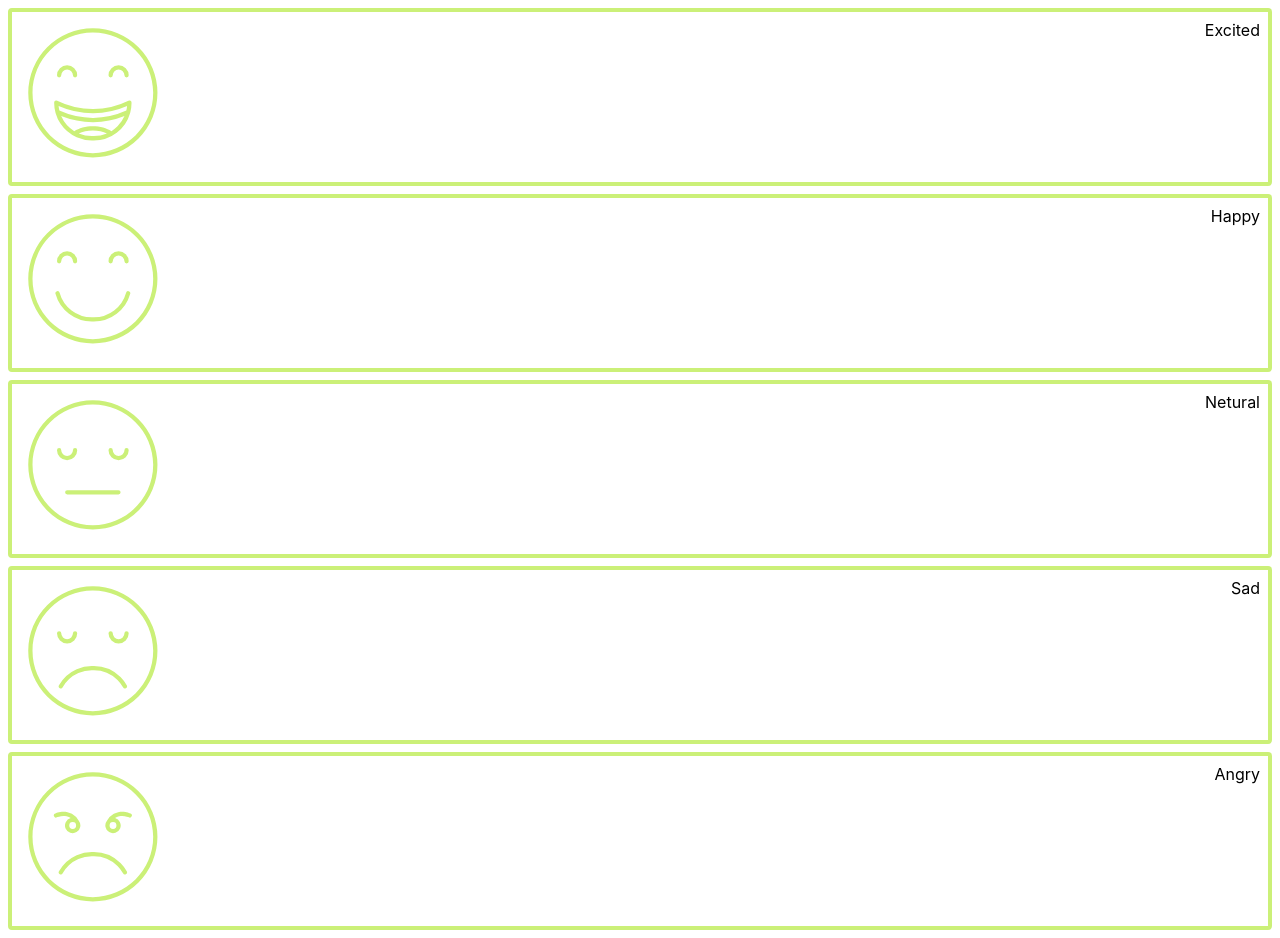
Repository: majakesin/moodify-app
Page: /
An editor plug-in stored every save of this project. The page is shown before and after the next save, followed by the edit.
The browser window is 1280 px wide. The pictures show the whole page.
The project was rebuilt for these pictures with package versions that can differ from the ones it lists, and the page was loaded fresh each time.

Above is the page before, as saved 2023-08-21 12:09:32.

### public/index.html
<!DOCTYPE html>
<html lang="en">
  <head>
    <meta charset="utf-8" />
    <link rel="icon" href="%PUBLIC_URL%/logo.svg" />
    <meta name="viewport" content="width=device-width, initial-scale=1" />
    <meta name="theme-color" content="#000000" />
    <meta
      name="description"
      content="Moodify -- App that gives yours ears the best music based on your mood"
    />
    <link rel="apple-touch-icon" href="%PUBLIC_URL%/logo.svg" />
    <!--
      manifest.json provides metadata used when your web app is installed on a
      user's mobile device or desktop. See https://developers.google.com/web/fundamentals/web-app-manifest/
    -->
    <link rel="manifest" href="%PUBLIC_URL%/manifest.json" />
    <!--
      Notice the use of %PUBLIC_URL% in the tags above.
      It will be replaced with the URL of the `public` folder during the build.
      Only files inside the `public` folder can be referenced from the HTML.

      Unlike "/favicon.ico" or "favicon.ico", "%PUBLIC_URL%/favicon.ico" will
      work correctly both with client-side routing and a non-root public URL.
      Learn how to configure a non-root public URL by running `npm run build`.
    -->
    <title>Moodify</title>
  </head>
  <body>
    <noscript>You need to enable JavaScript to run this app.</noscript>
    <div id="root"></div>
    <!--
      This HTML file is a template.
      If you open it directly in the browser, you will see an empty page.

      You can add webfonts, meta tags, or analytics to this file.
      The build step will place the bundled scripts into the <body> tag.

      To begin the development, run `npm start` or `yarn start`.
      To create a production bundle, use `npm run build` or `yarn build`.
    -->
  </body>
</html>

### src/App.js
import './App.css';
import {moods}  from 'src/data/moods'
import Mood from './components/Mood';

function App() {
  return (
    <div className="App">
      {moods.map(({type,icon}) => {
        return (<Mood type={type} icon={icon} />)
      })}
    </div>
  );
}

export default App;

### src/data/moods.js
export const moods = [
    {
        type: 'Excited',
        icon: <svg id="SvgjsSvg1081" xmlns="http://www.w3.org/2000/svg" version="1.1" xmlnsXlink="http://www.w3.org/1999/xlink" xmlnsSvgjs="http://svgjs.com/svgjs">
                <defs id="SvgjsDefs1082"></defs>
                <g id="SvgjsG1083">
                    <svg xmlns="http://www.w3.org/2000/svg" data-name="Layer 1" viewBox="0 0 1012 1012" width="288" height="288">
                        <path fill="currentcolor" d="M416.51318,95.48682A226.99992,226.99992,0,1,0,95.48682,416.51318,226.99992,226.99992,0,1,0,416.51318,95.48682ZM256,468C139.103,468,44,372.897,44,256S139.103,44,256,44s212,95.103,212,212S372.897,468,256,468ZM137.5,202a7.50006,7.50006,0,0,0,7.5-7.5,20.5,20.5,0,0,1,41,0,7.5,7.5,0,0,0,15,0,35.5,35.5,0,0,0-71,0A7.50006,7.50006,0,0,0,137.5,202Zm181,0a7.50006,7.50006,0,0,0,7.5-7.5,20.5,20.5,0,0,1,41,0,7.5,7.5,0,0,0,15,0,35.5,35.5,0,0,0-71,0A7.50006,7.50006,0,0,0,318.5,202Zm69.95947,82.13037a7.49875,7.49875,0,0,0-7.27832-.356A284.51645,284.51645,0,0,1,257.5,313h-1.48a284.55042,284.55042,0,0,1-125.2002-29.2251A7.4999,7.4999,0,0,0,120,290.5a132.31839,132.31839,0,0,0,79.15625,121.32324A131.47888,131.47888,0,0,0,252.5,423h7a132.5854,132.5854,0,0,0,127.794-97.37988A133.06894,133.06894,0,0,0,392,290.5,7.5003,7.5003,0,0,0,388.45947,284.13037ZM259.5,408h-7a116.58888,116.58888,0,0,1-46.02222-9.36157C219.72205,391.8783,237.33752,388,256.002,388c18.66236,0,36.27466,3.87708,49.51734,10.63538A116.56076,116.56076,0,0,1,259.5,408Zm83.08691-34.41309a117.56809,117.56809,0,0,1-21.38024,16.93219C305.07166,379.48517,281.17847,373,256.002,373c-25.18383,0-49.0852,6.48932-65.22168,17.52966a116.81051,116.81051,0,0,1-46.07495-53.13611,299.90773,299.90773,0,0,0,111.31323,21.61036c.5044,0,1.01612-.00147,1.52051-.00391A300.023,300.023,0,0,0,367.2478,337.40454,117.86031,117.86031,0,0,1,342.58691,373.58691ZM373.6593,318.347A284.8703,284.8703,0,0,1,257.46094,344c-.49219.00293-.97412.00391-1.46387.00391a284.90227,284.90227,0,0,1-117.65942-25.65967,117.74477,117.74477,0,0,1-2.72388-15.77832A299.64178,299.64178,0,0,0,256.02,328h1.519a299.80874,299.80874,0,0,0,118.84668-25.43555A117.6884,117.6884,0,0,1,373.6593,318.347Z" class="color2c2b2d svgShape"></path>
                    </svg>
                </g>
             </svg>
    },
    {
        type: 'Happy',
        icon: <svg id="SvgjsSvg1102" xmlns="http://www.w3.org/2000/svg" version="1.1" xmlnsXlink="http://www.w3.org/1999/xlink" xmlnsSvgjs="http://svgjs.com/svgjs">
                <defs id="SvgjsDefs1103"></defs>
                <g id="SvgjsG1104">
                    <svg xmlns="http://www.w3.org/2000/svg" data-name="Layer 1" viewBox="0 0 1012 1012" width="288" height="288">
                        <path fill="currentcolor" d="M382.042,299.40674a7.496,7.496,0,0,0-9.21582,5.251A117.42927,117.42927,0,0,1,259.5,391h-7a117.41578,117.41578,0,0,1-113.32715-86.33447,7.49971,7.49971,0,1,0-14.46484,3.96875A132.417,132.417,0,0,0,252.5,406h7a132.58733,132.58733,0,0,0,127.793-97.37744A7.4999,7.4999,0,0,0,382.042,299.40674ZM416.51367,95.48682A227.00026,227.00026,0,0,0,95.48633,416.51318,227.00026,227.00026,0,0,0,416.51367,95.48682ZM256,468C139.10254,468,44,372.897,44,256S139.10254,44,256,44s212,95.103,212,212S372.89746,468,256,468ZM137.5,202a7.49974,7.49974,0,0,0,7.5-7.5,20.5,20.5,0,0,1,41,0,7.5,7.5,0,0,0,15,0,35.5,35.5,0,0,0-71,0A7.49974,7.49974,0,0,0,137.5,202Zm181,0a7.49974,7.49974,0,0,0,7.5-7.5,20.5,20.5,0,0,1,41,0,7.5,7.5,0,0,0,15,0,35.5,35.5,0,0,0-71,0A7.49974,7.49974,0,0,0,318.5,202Z" class="color2c2b2d svgShape"></path>
                    </svg>
                </g>
            </svg> ,
    },
    {
        type: 'Netural',
        icon: <svg id="SvgjsSvg1123" xmlns="http://www.w3.org/2000/svg" version="1.1" xmlnsXlink="http://www.w3.org/1999/xlink" xmlnsSvgjs="http://svgjs.com/svgjs">
                <defs id="SvgjsDefs1124"></defs>
                <g id="SvgjsG1125">
                    <svg xmlns="http://www.w3.org/2000/svg" data-name="Layer 1" viewBox="0 0 1012 1012" width="288" height="288">
                        <path fill="currentcolor" d="M201,204.5a7.5,7.5,0,0,0-15,0,20.5,20.5,0,0,1-41,0,7.5,7.5,0,0,0-15,0,35.5,35.5,0,0,0,71,0ZM374.5,197a7.50006,7.50006,0,0,0-7.5,7.5,20.5,20.5,0,0,1-41,0,7.5,7.5,0,0,0-15,0,35.5,35.5,0,0,0,71,0A7.50006,7.50006,0,0,0,374.5,197ZM416.51318,95.48682A226.99992,226.99992,0,1,0,95.48682,416.51318,226.99992,226.99992,0,1,0,416.51318,95.48682ZM256,468C139.103,468,44,372.897,44,256S139.103,44,256,44s212,95.103,212,212S372.897,468,256,468Zm90-123H166a7.5,7.5,0,0,0,0,15H346a7.5,7.5,0,0,0,0-15Z" class="color2c2b2d svgShape"></path>
                    </svg>
                </g>
            </svg>,
    },
    {
        type: 'Sad',
        icon: <svg id="SvgjsSvg1193" xmlns="http://www.w3.org/2000/svg" version="1.1" xmlnsXlink="http://www.w3.org/1999/xlink" xmlnsSvgjs="http://svgjs.com/svgjs">
                <defs id="SvgjsDefs1194"></defs>
                <g id="SvgjsG1195">
                    <svg xmlns="http://www.w3.org/2000/svg" data-name="Layer 1" viewBox="0 0 1012 1012" width="288" height="288">
                         <path fill="currentcolor" d="M165.5,230A35.54028,35.54028,0,0,0,201,194.5a7.5,7.5,0,0,0-15,0,20.5,20.5,0,0,1-41,0,7.5,7.5,0,0,0-15,0A35.54028,35.54028,0,0,0,165.5,230Zm209-43a7.50006,7.50006,0,0,0-7.5,7.5,20.5,20.5,0,0,1-41,0,7.5,7.5,0,0,0-15,0,35.5,35.5,0,0,0,71,0A7.50006,7.50006,0,0,0,374.5,187ZM353.19336,347.94678A132.16887,132.16887,0,0,0,259.5,309.14014h-7a131.47793,131.47793,0,0,0-53.34082,11.17529,133.55143,133.55143,0,0,0-62.24854,56.51221,7.50013,7.50013,0,0,0,13.07911,7.34472,118.4576,118.4576,0,0,1,55.21435-50.1289A116.57358,116.57358,0,0,1,252.5,324.14014h7a117.16738,117.16738,0,0,1,83.08691,34.41308,117.92616,117.92616,0,0,1,19.42432,25.62061,7.5,7.5,0,0,0,13.07715-7.34766A132.92018,132.92018,0,0,0,353.19336,347.94678Zm63.31982-252.46A226.99992,226.99992,0,1,0,95.48682,416.51318,226.99992,226.99992,0,1,0,416.51318,95.48682ZM256,468C139.103,468,44,372.897,44,256S139.103,44,256,44s212,95.103,212,212S372.897,468,256,468Z" class="color2c2b2d svgShape"></path>
                    </svg>
                </g>
            </svg>,
    },
    {
        type: 'Angry',
        icon: <svg id="SvgjsSvg1217"  xmlns="http://www.w3.org/2000/svg" version="1.1" xmlnsXlink="http://www.w3.org/1999/xlink" xmlnSvgjs="http://svgjs.com/svgjs">
                <defs id="SvgjsDefs1218"></defs>
                     <g id="SvgjsG1219">
                        <svg xmlns="http://www.w3.org/2000/svg" data-name="Layer 1" viewBox="0 0 1012 1012" width="288" height="288">
                            <path fill="currentcolor" d="M353.19336,347.94629A132.1737,132.1737,0,0,0,259.5,309.13965h-7a131.5101,131.5101,0,0,0-53.3418,11.17578,133.55212,133.55212,0,0,0-62.24707,56.51172,7.49995,7.49995,0,0,0,13.07813,7.3457A118.46814,118.46814,0,0,1,205.20313,334.043,116.60013,116.60013,0,0,1,252.5,324.13965h7a117.16506,117.16506,0,0,1,83.08691,34.41406,117.92838,117.92838,0,0,1,19.42481,25.62012,7.49957,7.49957,0,1,0,13.07617-7.34766A132.91978,132.91978,0,0,0,353.19336,347.94629ZM416.51367,95.48682A227.00044,227.00044,0,0,0,95.48633,416.51367,227.00044,227.00044,0,0,0,416.51367,95.48682ZM256,468C139.10254,468,44,372.89746,44,256,44,139.103,139.10254,44,256,44s212,95.103,212,212C468,372.89746,372.89746,468,256,468ZM175.12207,188.29736c.96533.53955,1.88086,1.10938,2.769,1.69336a27.02454,27.02454,0,1,0,28.58863,9.52246,62.7776,62.7776,0,0,0-24.04029-24.31005c-27.82519-15.55176-56.1748-2.73292-59.31445-1.21973a7.49994,7.49994,0,1,0,6.50977,13.51367C132.05762,186.33057,153.91113,176.44189,175.12207,188.29736ZM185.12012,204a12,12,0,1,1-12,12A12.01344,12.01344,0,0,1,185.12012,204ZM388.875,173.9834c-3.1416-1.51367-31.49121-14.33447-59.31348,1.21924a62.778,62.778,0,0,0-24.04126,24.31054,26.989,26.989,0,1,0,28.58887-9.52234c.88843-.58435,1.804-1.15429,2.76978-1.694,21.21191-11.85743,43.06347-1.96631,45.48632-.79981A7.49994,7.49994,0,1,0,388.875,173.9834ZM338.87988,216a12,12,0,1,1-12-12A12.01343,12.01343,0,0,1,338.87988,216Z" class="color2c2b2d svgShape"></path>
                        </svg>
                    </g>
            </svg>
    }
]

### src/components/Mood/index.jsx
import styles from './index.module.css';

const Mood = (props) => {

    const {type, icon} = props;

    return (
        <div className={styles.card}>
          <div className={styles.icon}>
            {icon}
          </div>
          <div>
            {type}
        </div>
        </div>
    )
};

export default Mood;

### src/components/Mood/index.module.css

@import '../../styles/variables.css';

.card {
    border: 4px solid var(--first-color);
    border-radius: 4px;
    margin: 8px;
    padding: 8px;
    display: flex;
    justify-content: space-between;
}

.icon {
    color: var(--first-color);
}

.icon svg  {
    width: 100%;
    height: auto;
}

### src/styles/variables.css
:root,
    :root.rainbow {
        --first-color: #cbf078;
        --second-color: #f8f398;
        --third-color: #f1b963;
        --fourth-color: #e46161;
    }
    :root.blue {
        --first-color: #5585b5;
        --second-color: #53a8b6;
        --third-color: #79c2d0;
        --fourth-color: #bbe4e9;
    }
    :root.pink {
        --first-color: #45171d;
        --second-color: #e84a5f;
        --third-color: #ff847c;
        --fourth-color: #fecea8;

    }

Loaded but not shown: src/index.js (common file); src/index.css (common file); src/reportWebVitals.js (common file); src/App.css (common file)

After the next save:
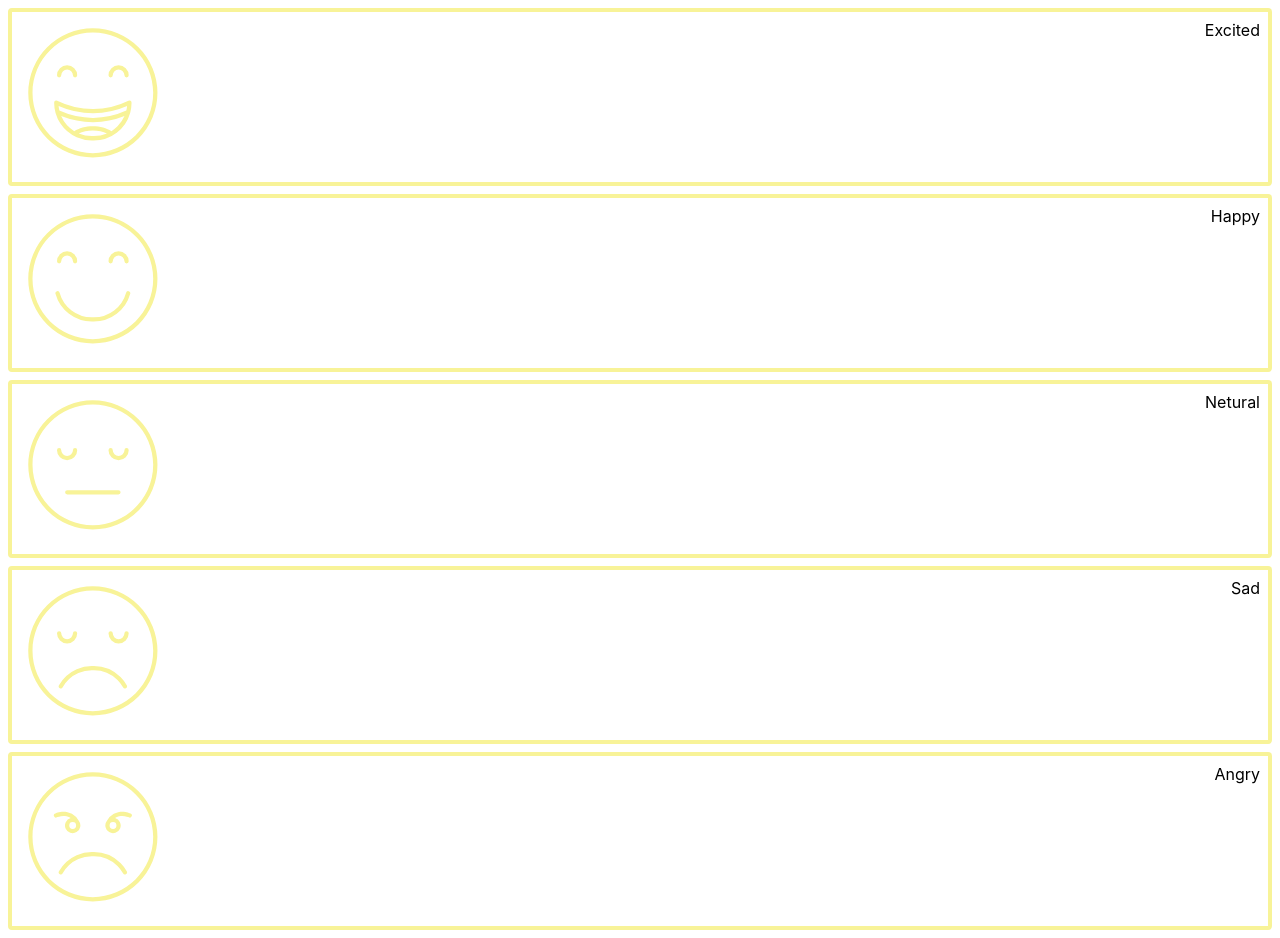
Saved 13 s later.
--- a/src/components/Mood/index.module.css
+++ b/src/components/Mood/index.module.css
@@ -2,7 +2,7 @@
 @import '../../styles/variables.css';
 
 .card {
-    border: 4px solid var(--first-color);
+    border: 4px solid var(--second-color);
     border-radius: 4px;
     margin: 8px;
     padding: 8px;
@@ -11,7 +11,7 @@
 }
 
 .icon {
-    color: var(--first-color);
+    color: var(--second-color);
 }
 
 .icon svg  {
